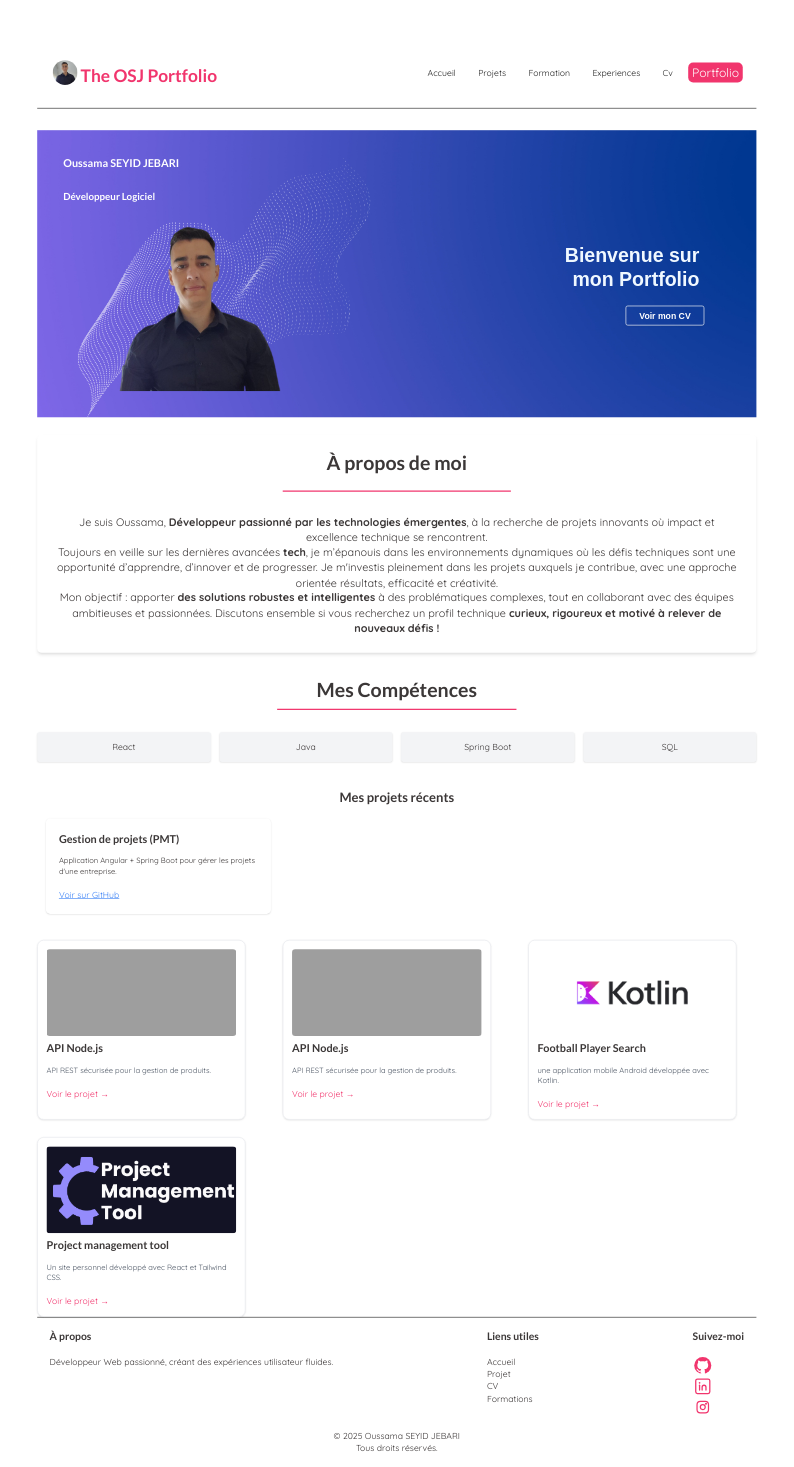
Repository: OussamSJ/Portfolio
Page: /
An editor plug-in stored every save of this project. The page is shown before and after the next save, followed by the edit.
The browser window is 1280 px wide. The pictures show the whole page, at 62% of full size.
Pictures or frames that could not be fetched are drawn as grey boxes. The project was rebuilt for these pictures with package versions that can differ from the ones it lists, and the page was loaded fresh each time. Also part of the build but not shown: src/BlogList.js, src/projets/Projet.js, src/Cv.js, src/Expcomponent.js, src/Experiences.js, src/FormationComponent.js, src/Formation.js, src/projets/Projet1.js and 2 more.

Above is the page before, as saved 2025-07-28 15:26:11.

### public/index.html
<!DOCTYPE html>
<html lang="en">
  <head>
    <meta charset="utf-8" />
    <link rel="icon" href="%PUBLIC_URL%/Logo-Devloper.png" />
    <meta name="viewport" content="width=device-width, initial-scale=1" />
    <meta name="theme-color" content="#000000" />
    <meta
      name="description"
      content="Web site created using create-react-app"
    />
    <link rel="apple-touch-icon" href="%PUBLIC_URL%/logo192.png" />
    <!--
      manifest.json provides metadata used when your web app is installed on a
      user's mobile device or desktop. See https://developers.google.com/web/fundamentals/web-app-manifest/
    -->
    <link rel="manifest" href="%PUBLIC_URL%/manifest.json" />
    <!--
      Notice the use of %PUBLIC_URL% in the tags above.
      It will be replaced with the URL of the `public` folder during the build.
      Only files inside the `public` folder can be referenced from the HTML.

      Unlike "/favicon.ico" or "favicon.ico", "%PUBLIC_URL%/favicon.ico" will
      work correctly both with client-side routing and a non-root public URL.
      Learn how to configure a non-root public URL by running `npm run build`.
    -->
    <title>Portfolio App</title>
  </head>
  <body>
    <noscript>You need to enable JavaScript to run this app.</noscript>
    <div id="root"></div>
    <!--
      This HTML file is a template.
      If you open it directly in the browser, you will see an empty page.

      You can add webfonts, meta tags, or analytics to this file.
      The build step will place the bundled scripts into the <body> tag.

      To begin the development, run `npm start` or `yarn start`.
      To create a production bundle, use `npm run build` or `yarn build`.
    -->
  </body>
</html>

### src/index.js
import React from 'react';
import ReactDOM from 'react-dom/client';
import './index.css';
import App from './App';
import reportWebVitals from './reportWebVitals';
import 'semantic-ui-css/semantic.min.css'

const root = ReactDOM.createRoot(document.getElementById('root'));
root.render(
  <React.StrictMode>
    <App />
  </React.StrictMode>
);

// If you want to start measuring performance in your app, pass a function
// to log results (for example: reportWebVitals(console.log))
// or send to an analytics endpoint. Learn more: https://bit.ly/CRA-vitals
reportWebVitals();

### src/index.css
@import url('https://fonts.googleapis.com/css2?family=Quicksand:wght@300;400;500;600;700&display=swap');
@tailwind base;
@tailwind components;
@tailwind utilities;

/* base styles */
* {
  margin: 0;
  font-family: -apple-system, BlinkMacSystemFont, 'Segoe UI', 'Roboto', 'Oxygen',
    'Ubuntu', 'Cantarell', 'Fira Sans', 'Droid Sans', 'Helvetica Neue',
    sans-serif;
  -webkit-font-smoothing: antialiased;
  -moz-osx-font-smoothing: grayscale;
  font-family: "Quicksand";
  color: #3b3737;
}

code {
  font-family: source-code-pro, Menlo, Monaco, Consolas, 'Courier New',
    monospace;
}

.navbar {
  padding: 20px;
  display: flex;
  align-items: center;
  max-width: 1200px;
  margin: 0 auto;
  border-bottom: 1px solid #212020;

}

.navbar h1 {
  color: #f1356d;
}

.navbar .links {
  margin-left: auto;
}

.navbar a {
  margin-left: 16px;
  text-decoration: none;
  padding: 6px;
}

.navbar img {
  width: 40px;
  height: 40px;
  margin: 5px;
  object-fit: cover;
  /* remplit et rogne si besoin */
  border-radius: 50%;
  /* transforme le carré en cercle */
  display: block;
}

.navbar a:hover {
  color: #f1356d;
}


/* Responsive: cache les liens sur mobile */
.desktop-only {
  display: flex;
}

.mobile-toggle {
  display: none;
  margin-left: auto;
  cursor: pointer;
}

/* Responsive behavior */
/* Masque le menu desktop sur petits écrans */
@media (max-width: 768px) {
  .desktop-only {
    display: none !important;
  }

  .mobile-toggle {
    display: block !important;
    cursor: pointer;
  }
}


.content {
  max-width: 1200px;
  margin: 40px auto;
  padding: 20px;
}


.couverture {
  background-image:
    url("/public/couverture-portfolio.png");
  background-size: cover;
  /* couvre tout le conteneur sans déformation */
  background-position: center;
  /* centre l’image */
  background-repeat: no-repeat;
  /* pas de répétition */
  height: 100%;
  width: 100%;
  color: white;
  font-family: 'Orbitron', sans-serif;
  /* une police géométrique, proche de celle utilisée */
}



.couverture h1 {
  margin-top: 20px auto;
  margin-right: 50px;
  align-items: center;
  text-align: center;
  color: aliceblue;
  text-align: right;
  font-family: 'Agrandir Grand', sans-serif;
  /* une police futuriste */
}


.portfolio-footer {
  justify-content: space-between;
  display: flex;
  padding: 20px;
  border-top: 1px solid #212020;
}

.card-title {
  margin-bottom: 20px;

  padding: 0;
  font-size: 1.2rem;

}

.social-links a {
  list-style: none;
  all: unset;
  color: inherit;
  text-decoration: none;
  margin-left: auto;
  text-align: left;

}

.social-links img {
  width: 40%;
  height: 40%;
}


ul {
  list-style-type: none;
  padding: 0;
  margin: 0;

}

.social-links a:hover {
  color: #f1356d;
}

.footer-bottom {
  display: block;
  text-align: center;
}

ul li {
  text-align: left;

}



.not-found {
  justify-content: center;
  align-items: center;
  text-align: center;
  height: 50vh;
  margin-top: 200px;
  font-size: 3rem;
}


img-couverture {
  width: 100%;
  height: 100%;
  justify-content: flex-end;
  align-items: center;
  object-fit: fill;
  /* Remplit l'élément sans déformation */
  border-radius: 50%;
  /* Transforme le carré en cercle */
  display: flex;
}

### src/App.js
import React from 'react';
import { BrowserRouter, Routes, Route } from 'react-router-dom';
import Home from './Home';
import Navbar from './Navbar';
import Cv from './Cv';
import Footbar from './Footbar';
import Experiences from './Experiences';
import Formation from './Formation';
import ProjetDetail from './projets/ProjetDetail';
import Projet from './projets/Projet';
import Projet1 from './projets/Projet1';
import ProjetFootballPlayerSearch from './projets/ProjetFootballPlayerSearch';

function App() {
  return (
    <BrowserRouter>
      <div className="App">
        <div className='content'>
          <Routes>
            <Route path="/" element={<Home />} />
            <Route path="/cv" element={<Cv />} />
            <Route path="/experiences-professionnelle" element={<div ><Navbar /> <Experiences /><Footbar /></div>} />
            <Route path="/formation" element={<div ><Navbar /> <Formation /><Footbar /></div>} />
            <Route path="/projet" element={<div ><Navbar /> <Projet /><Footbar /></div>} />

           <Route path="/projet/:id" element={<div><Navbar /><ProjetDetail /><Footbar /></div>} />
            <Route path="*" element={
              <div >
                <Navbar />
                <h1 className='not-found' >Page introuvable</h1>
                <Footbar />
              </div>
            } />
          </Routes>
        </div>
      </div>
    </BrowserRouter>
  );
}

export default App;

### src/Home.js
import { useEffect, useState } from "react";

import BlogList from "./BlogList";
import Navbar from "./Navbar";
import Footbar from "./Footbar";
import ProjetComponent from "./projets/ProjetComponent";
import { projets } from "./projets/Projet";



const Home = () => {
  const [blogs, setBlogs] = useState([
    { title: 'My new website', body: 'lorem ipsum...', author: 'mario', id: 1 },
    { title: 'Welcome party!', body: 'lorem ipsum...', author: 'yoshi', id: 2 },
    { title: 'Web dev top tips', body: 'lorem ipsum...', author: 'mario', id: 3 }
  ])

  const handleDelete = (id) => {
    const newBlogs = blogs.filter(blog => blog.id !== id);
    setBlogs(newBlogs);
  }


  useEffect(() => {
    console.log('use effect ran');
    console.log(blogs);
  })

  return (
    <div className="Home">
      <Navbar />
      {/* Couverture */}
      <div className="couverture flex items-center mt-10 justify-between text-white p-12 flex-wrap">

        {/* Partie gauche */}
        <div className="flex flex-col items-start space-y-4 max-w-md w-max h-max">
          <h3 className="text-xl text-white font-semibold">Oussama SEYID JEBARI</h3>
          <h3 className="text-lg text-white">Développeur Logiciel</h3>
          <div className="w-200 h-200 mt-4 ml-20 ">
            <img src="oussama_img.png" alt="photo_de_profil" className="rounded-lg object-cover w-full h-full" />
          </div>
        </div>

        {/* Partie droite */}
        <div className="text-right max-w-md mt-10 md:mt-30">
          <h1 className="text-4xl text-white font-bold mb-6 leading-tight">
            Bienvenue sur <br /> mon Portfolio</h1>
          <button className="bg-transparent text-white font-bold py-2 px-6 mr-12 rounded shadow border border-white
          hover:bg-white hover:text-blue-800 transition-colors duration-300 relative">
            Voir mon CV
          </button>
        </div>
      </div>





      <section className="bg-white text-gray-800 p-8 rounded-lg shadow-md my-8 w-full h-full mx-auto text-center">
        <h2 className="text-4xl font-bold mb-8 text-center mt-20 ">À propos de moi</h2>
        <div className="relative top-1/2 w-1/3 mx-auto mb-10 h-0.5 bg-primary transform -translate-y-1/2 z-0 hidden sm:block" />
        <p className="text-xl mb-6">
          Je suis Oussama,  <strong>Développeur passionné par les technologies émergentes</strong>, à la recherche de projets innovants où impact et excellence technique se rencontrent.<br />
          Toujours en veille sur les dernières avancées <strong>tech</strong>, je m’épanouis dans les environnements dynamiques où les défis techniques sont une opportunité d’apprendre, d’innover et de progresser.
          Je m'investis pleinement dans les projets auxquels je contribue, avec une approche orientée résultats, efficacité et créativité.<br />
          Mon objectif : apporter <strong>des solutions robustes et intelligentes</strong> à des problématiques complexes, tout en collaborant avec des équipes ambitieuses et passionnées.

          Discutons ensemble si vous recherchez un profil technique <strong>curieux, rigoureux et motivé à relever de nouveaux défis !</strong>
        </p>
      </section>


      <section className="my-12 ">
        <h2 className="text-4xl font-bold mb-4 text-center mt-20 ">Mes Compétences</h2>
        <div className="relative top-1/2 w-1/3 mx-auto mb-10 h-0.5 bg-primary transform -translate-y-1/2 z-0 hidden sm:block" />
        <div className="grid grid-cols-2 md:grid-cols-4 gap-4 text-center">
          <div className="p-4 bg-gray-100 rounded shadow">React</div>
          <div className="p-4 bg-gray-100 rounded shadow">Java</div>
          <div className="p-4 bg-gray-100 rounded shadow">Spring Boot</div>
          <div className="p-4 bg-gray-100 rounded shadow">SQL</div>

        </div>
      </section>

      <section className="my-12 px-4">
        <h2 className="text-2xl font-bold text-center mb-6">Mes projets récents</h2>
        <div className="grid grid-cols-1 md:grid-cols-2 lg:grid-cols-3 gap-6">
          <div className="bg-white p-6 rounded-lg shadow">
            <h3 className="text-xl font-semibold">Gestion de projets (PMT)</h3>
            <p className="text-sm mt-2">Application Angular + Spring Boot pour gérer les projets d'une entreprise.</p>
            <a href="https://github.com/OussamSJ/Angular-PMT-FrontEnd" target="_blank" className="text-blue-500 underline mt-2 inline-block">Voir sur GitHub</a>
          </div>
          {/* Répète pour d'autres projets */}
        </div>
      </section>

      {/*   Projets */}
      <div className="relative z-10 grid grid-cols-1 sm:grid-cols-2 lg:grid-cols-3 gap-8">
        {projets
          .sort(() => Math.random() - 0.5)
          .map((pr, index) => (
            <ProjetComponent key={index} index={index} {...pr} />
          ))}
      </div>



      <Footbar />
    </div>
  );
}

export default Home;

### src/Navbar.js

import React, { Component } from 'react';
import { Menu, MenuItem, MenuMenu, Icon, Sidebar } from 'semantic-ui-react';

class Navbar extends Component {

  state = {
    activeItem: 'home',
    sidebarVisible: false,
  };

  handleItemClick = (e, { name }) => this.setState({ activeItem: name });

  toggleSidebar = () => {
    this.setState(prev => ({ sidebarVisible: !prev.sidebarVisible }));
  };

  render() {
    const { activeItem, sidebarVisible } = this.state;

    return (
      <>
        {/* Navbar  */}
        <nav className="navbar">
          <img src="/photo-portfolio.jpg" alt="logo" className="logo" />
          <h1>The OSJ Portfolio</h1>
          <div className="mobile-toggle" onClick={this.toggleSidebar}>
            <Icon name="bars" size="large" />
          </div>
          <div className="links desktop-only">
            <Menu secondary>
              <MenuItem name='accueil' active={activeItem === 'accueil'} onClick={this.handleItemClick} as="a" href="/" />
              <MenuItem name='projets' active={activeItem === 'projets'} onClick={this.handleItemClick} as="a" href="/projet" />
              <MenuItem name='formation' active={activeItem === 'formation'} onClick={this.handleItemClick} as="a" href="/formation" />
              <MenuItem name='expériences' active={activeItem === 'expériences'} onClick={this.handleItemClick} as="a" href="/experiences-professionnelle" />
              <MenuItem name='cv' active={activeItem === 'cv'} onClick={this.handleItemClick} as="a" href="/cv" />
              <MenuMenu position='right'>
                <MenuItem
                  name='portfolio'
                  active={activeItem === 'portfolio'}
                  onClick={this.handleItemClick}
                  as="a"
                  href="/"
                  style={{
                    color: 'white',
                    fontSize: '1.4em',
                    backgroundColor: '#f1356d',
                    borderRadius: '8px',
                    padding: '6px',
                  }}
                />
              </MenuMenu>
            </Menu>
          </div>
        </nav>

        {/* Sidebar pour mobile */}
        <Sidebar
          as={Menu}
          animation='overlay'
          icon='labeled'
          inverted
          vertical
          visible={sidebarVisible}
          width='thin'
          direction='right'
          style={{ backgroundColor: '#3b3737'}}
          onHide={this.toggleSidebar}

        >
          <MenuItem as="a" href="/" onClick={this.toggleSidebar}>Accueil</MenuItem>
          <MenuItem as="a" href="/projet" onClick={this.toggleSidebar}>Projets</MenuItem>
          <MenuItem as="a" href="/formation" onClick={this.toggleSidebar}>Formation</MenuItem>
          <MenuItem as="a" href="/experiences-professionnelle" onClick={this.toggleSidebar}>Expériences</MenuItem>
          <MenuItem as="a" href="/cv" onClick={this.toggleSidebar}>CV</MenuItem>
          <MenuItem as="a" href="/" onClick={this.toggleSidebar} style={{ backgroundColor: '#f1356d', color: 'white', borderRadius: '8px' }}>Portfolio</MenuItem>
        </Sidebar>

      </>
    );
  }
}

export default Navbar;

### src/Footbar.js
import { color } from "framer-motion";

const Footbar = () => {
  return (
    <div className="footbar">
      {/* footbar  */}
      <footer className="portfolio-footer">

      <div className="card-deck">
        <div className="card">
        <div className="card-body">
          <h4 className="card-title">À propos</h4>
          <p className="card-text">Développeur Web passionné, créant des expériences utilisateur fluides.</p>
        </div>
        </div>
      </div>

      <div className="card-deck">
        <div className="card">
        <div className="card-body">
          <h4 className="card-title">Liens utiles</h4>
          <ul className="social-links" style={{ color: '#3b3737'}}>

          <li><a href="/">Accueil</a></li>
          <li><a href="/projet">Projet</a></li>
          <li><a href="/cv">CV</a></li>
          <li><a href="/formation">Formations</a></li>

          </ul>
        </div>
        </div>
      </div>

      <div className="card-deck">
        <div className="card">
        <div className="card-body">
          <h4 className="card-title">Suivez-moi</h4>
          <ul className="social-links">
          <li><a href="https://github.com/OussamSJ"> <img src="/github.svg" alt="GitHub"></img></a></li>
          <li><a href="https://www.linkedin.com/in/oussama-sj/"> <img src="/linkedin.svg" alt="LinkedIn"></img></a></li>
          <li><a href="https://www.instagram.com/oussama.sj/"> <img  src="/instagram.svg" alt="Instagram"></img></a></li>
          </ul>
        </div>
        </div>
      </div>

      </footer>
      <div className="footer-bottom">
      <p>© 2025 Oussama SEYID JEBARI <br /> Tous droits réservés.</p>
      </div>

    </div>

    );
}

export default Footbar;

### src/projets/ProjetComponent.js
import { Link } from 'react-router-dom';

export default function ProjetComponent({ id, titre,  image, description, description_longue }) {



  return (
    <div className="border rounded-xl shadow p-4 max-w-sm">
    <img src={image} alt={titre} className="w-full h-40 object-cover rounded-md" />
    <h3 className="text-xl font-bold mt-2">{titre}</h3>
    <p className="text-sm text-gray-600">{description}</p>
    <Link to={`/projet/${id}`} className="text-[#f1356d] mt-2 inline-block">
      Voir le projet →
    </Link>
  </div>
  );
}

### tailwind.config.js
/** @type {import('tailwindcss').Config} */
module.exports = {
  content: [  "./src/**/*.{js,ts,jsx,tsx}",],
  theme: {
    extend: {
      colors: {
        primary: '#f1356d', // Exemple
      },
    },
  },
  plugins: [],
}

Loaded but not shown: src/reportWebVitals.js (common file)

After the next save:
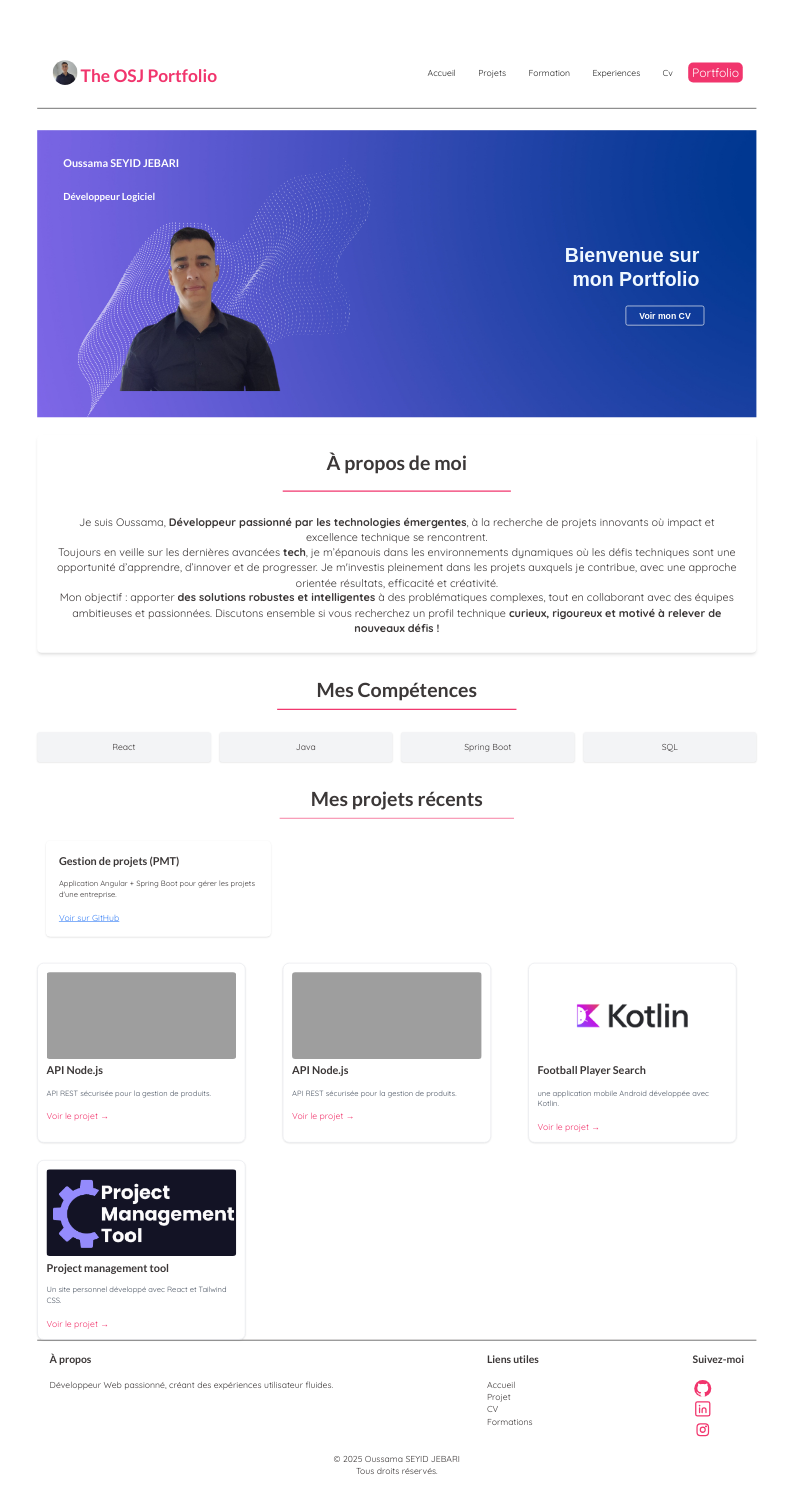
Saved 71 s later.
--- a/src/Home.js
+++ b/src/Home.js
@@ -83,7 +83,8 @@
       </section>
 
       <section className="my-12 px-4">
-        <h2 className="text-2xl font-bold text-center mb-6">Mes projets récents</h2>
+        <h2 className="text-4xl font-bold mb-4 text-center mt-20 ">Mes projets récents</h2>
+         <div className="relative top-1/2 w-1/3 mx-auto mb-10 h-0.5 bg-primary transform -translate-y-1/2 z-0 hidden sm:block" />
         <div className="grid grid-cols-1 md:grid-cols-2 lg:grid-cols-3 gap-6">
           <div className="bg-white p-6 rounded-lg shadow">
             <h3 className="text-xl font-semibold">Gestion de projets (PMT)</h3>
